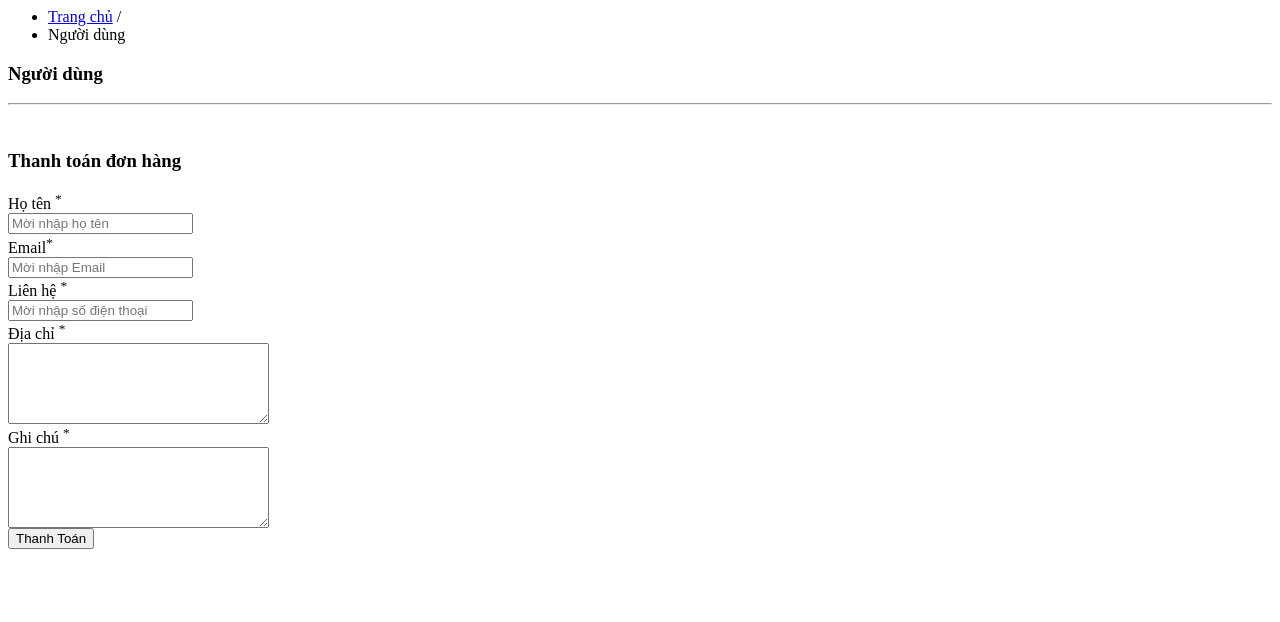
Repository: lalatina1909/SneakerShop
Page: http://localhost/SneakerShop/WEB-INF/views/user/bills/checkout.jsp
These files come from the project's save history. The page is drawn as it stood at one moment and after the next save; the edit follows.
The browser window is 1280 px wide. The pictures show the whole page.
The page is served by Tomcat 9. Nobody is signed in. The template is opened directly, without the code that normally fills it, so the values that code supplies are empty.

Above is the page before, as saved 2023-04-02 19:41:05.

After the next save:
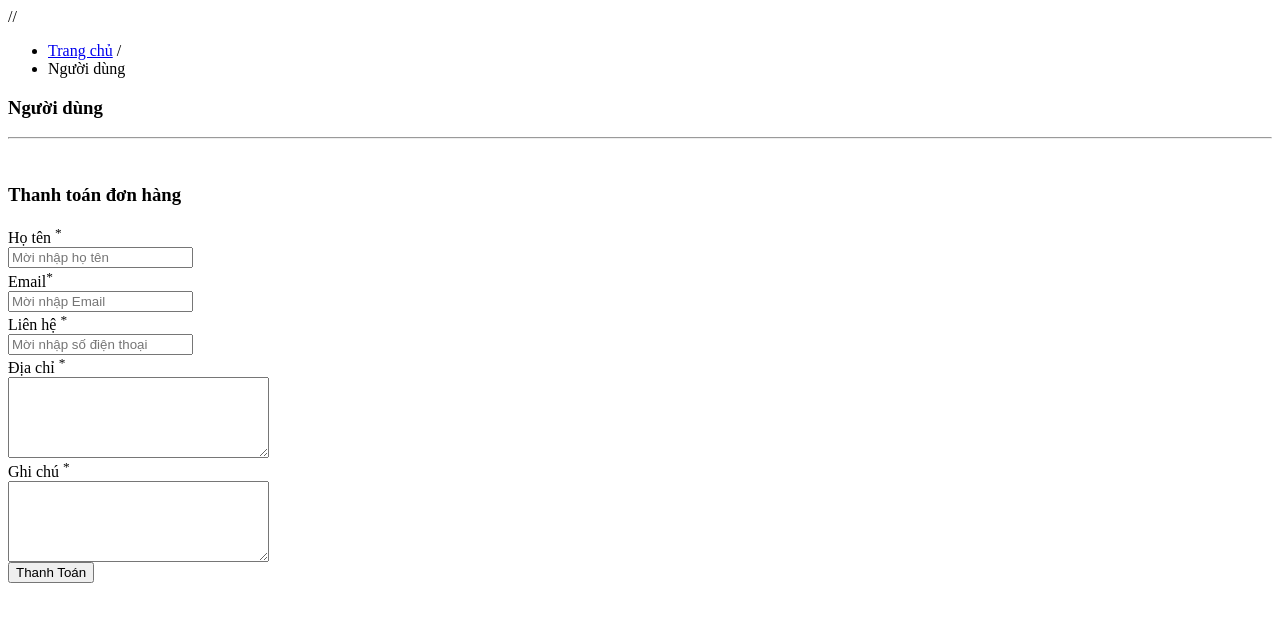
Saved 24 s later.
--- a/SneakerShop/src/main/webapp/WEB-INF/views/user/bills/checkout.jsp
+++ b/SneakerShop/src/main/webapp/WEB-INF/views/user/bills/checkout.jsp
@@ -5,7 +5,7 @@
 <title>Thanh Toán</title>
 <body>
 <div class="row">
-			<div id="sidebar" class="span3">
+			//<div id="sidebar" class="span3">
 			</div>
 			<div class="span9">
 			<ul class="breadcrumb">

After the save that followed:
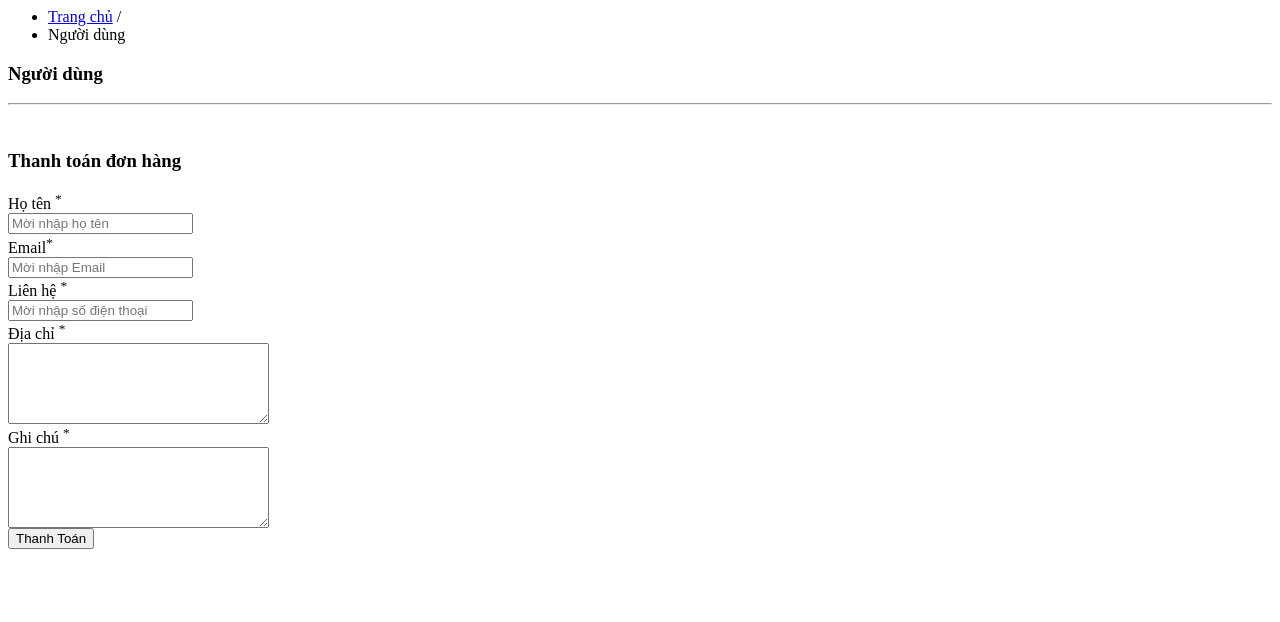
Saved 7 s later.
--- a/SneakerShop/src/main/webapp/WEB-INF/views/user/bills/checkout.jsp
+++ b/SneakerShop/src/main/webapp/WEB-INF/views/user/bills/checkout.jsp
@@ -5,7 +5,7 @@
 <title>Thanh Toán</title>
 <body>
 <div class="row">
-			//<div id="sidebar" class="span3">
+
 			</div>
 			<div class="span9">
 			<ul class="breadcrumb">
